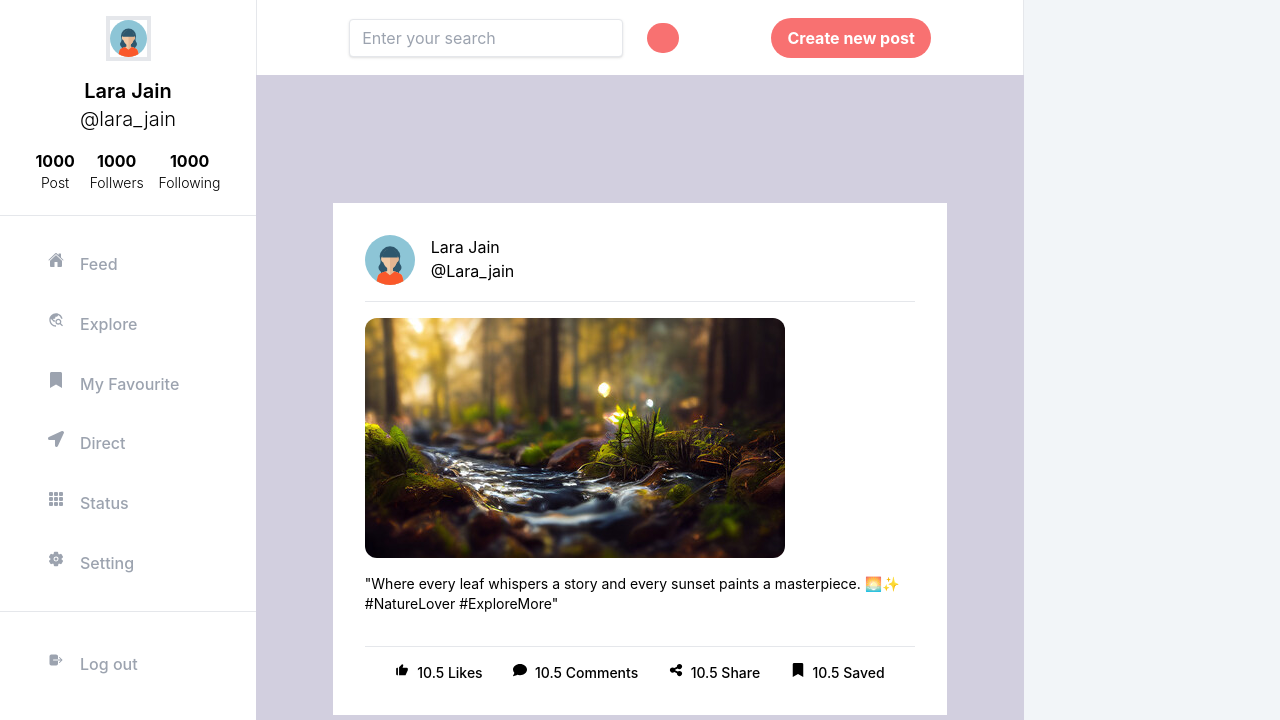
Repository: cosmicswati/upgrad-captions-project
Page: /account/signin
An editor plug-in stored every save of this project. The page is shown before and after the next save, followed by the edit.
The browser window is 1280 px wide. The pictures show the whole page.
An inner scrolling area shows only its first screen. The project was rebuilt for these pictures with package versions that can differ from the ones it lists, and the page was loaded fresh each time. Also part of the build but not shown: src/modules/Authorization/Form.jsx, src/modules/Authorization/index.js.

Above is the page before, as saved 2024-04-12 12:30:37.

After the next save:
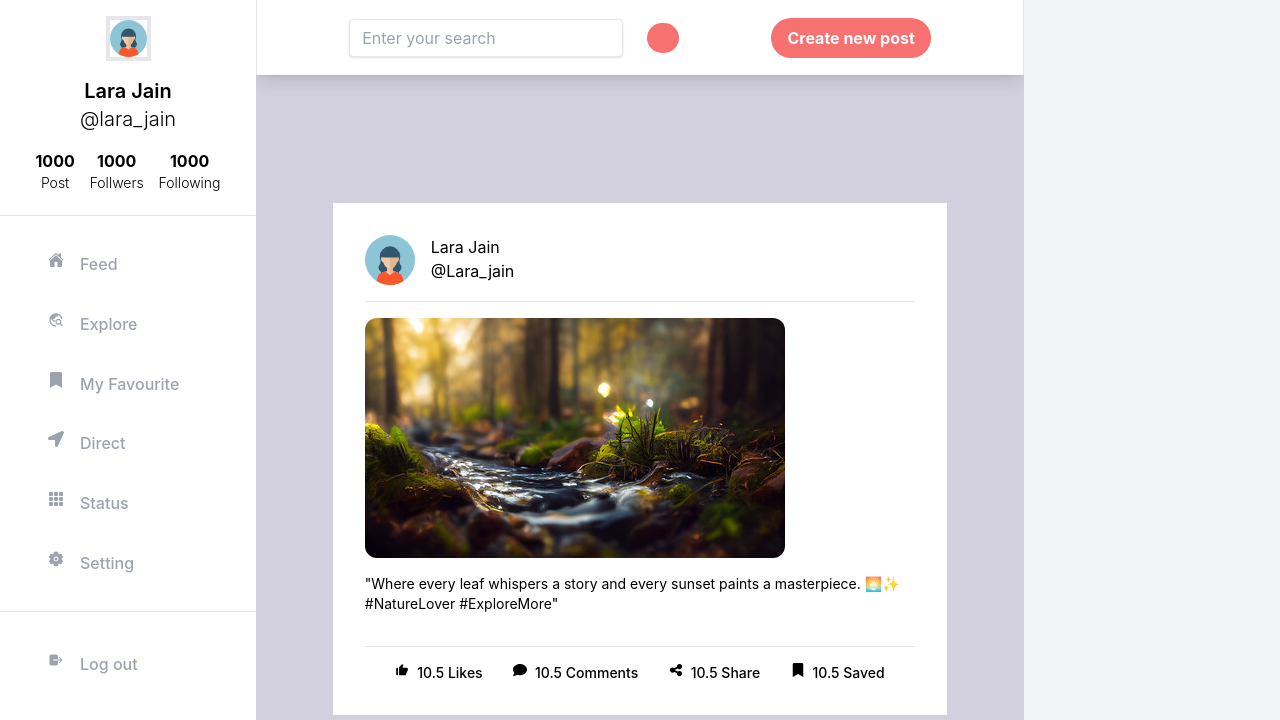
Saved 50 s later.
--- a/src/modules/Home/index.js
+++ b/src/modules/Home/index.js
@@ -58,7 +58,7 @@ const Home = () => {
             </div>
         </div>
         <div className='w-[60%] overflow-scroll h-full scrollbar-hide'>
-            <div className='bg-white h-[75px] border-l border-r flex justify-evenly items-center pt-4 sticky top-0'>
+            <div className='bg-white h-[75px] border-l border-r flex justify-evenly items-center pt-4 sticky top-0 shadow-lg'>
                  <div className='flex justify-center items-center'>
                     <Input placeholder='Enter your search' className='w-[400px] rounded-full'/>
                     <Button icon={<LuSearch />}  className='mb-4 ml-6  h-[30px]  bg-red-400 hover:bg-red-500 rounded-full '/>
